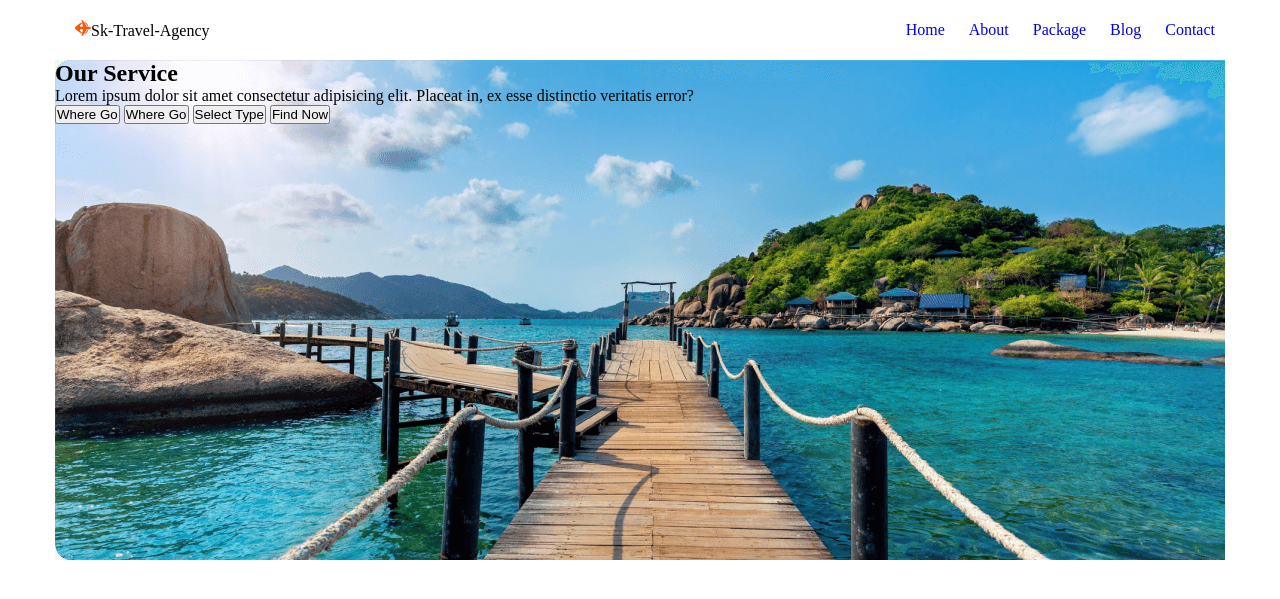
Repository: sumonkumarsarkar/Sk-Travel-Agency-
Page: index.html
An editor plug-in stored every save of this project. The page is shown before and after the next save, followed by the edit.
The browser window is 1280 px wide. The pictures show the whole page.

Above is the page before, as saved 2024-01-16 20:28:41.

### index.html
<!DOCTYPE html>
<html lang="en">
<head>
    <meta charset="UTF-8">
    <meta name="viewport" content="width=device-width, initial-scale=1.0">
    <title>Sk-Travel-Agency</title>
    <link rel="stylesheet" href="./style.css">

    <link rel="stylesheet" href="https://cdnjs.cloudflare.com/ajax/libs/font-awesome/6.5.1/css/all.min.css" integrity="sha512-DTOQO9RWCH3ppGqcWaEA1BIZOC6xxalwEsw9c2QQeAIftl+Vegovlnee1c9QX4TctnWMn13TZye+giMm8e2LwA==" crossorigin="anonymous" referrerpolicy="no-referrer" />
</head>
<body>
    <header>
<nav>
    <div class="icon-header">
        <p> <span><img src="./Images/Group 40071 (2).png" alt=""></span>Sk-Travel-Agency</p>
    </div>
    <div class="menu-header">
        <ul>
            <li><a href="#">Home</a></li>
            <li><a href="#">About</a></li>
            <li><a href="#">Package</a></li>
            <li><a href="#">Blog</a></li>
            <li><a href="#">Contact</a></li>
        </ul>
    </div>
</nav>

<section>
    <div class="banner-section">
       <div class="banner-text">
        <h2>Our Service</h2>
        <p>Lorem ipsum dolor sit amet consectetur adipisicing elit. Placeat in, ex esse distinctio veritatis error?</p>
       </div>
       <div class="banner-button">
        <button type="button">Where Go</button>
        <button type="button">Where Go <span></span></button>
        <button type="button">Select Type <span></span></button>
        <button type="button"> <span></span>Find Now</button>
       </div>
    </div>
</section>
    </header>
    <main>

    </main>
    <footer>

    </footer>
</body>
</html>

### style.css
*{
    margin: 0;
    padding: 0;
}


/* header menu bar start  */

header{
    max-width: 1170px;
    background:#FFF;
    margin: 0 auto;

}
nav{
    display: flex;
    justify-content: space-between;
    align-items: center;
}
.icon-header{
    align-items: center;
    padding:20px;
}
.icon-header img{
    width: 1rem;
    height: 1rem;
}
.menu-header ul{
    list-style: none;

}
.menu-header ul li{
   display: inline-block;
   padding: 10px 10px;

}
.menu-header ul li a{
    text-decoration: none;
}
section{

}
.banner-section{
    background-image: url("./Images/Group 13 (1) (1).png");
     height:500px;
     align-items: center;
}
/* header menu bar end  */

After the next save:
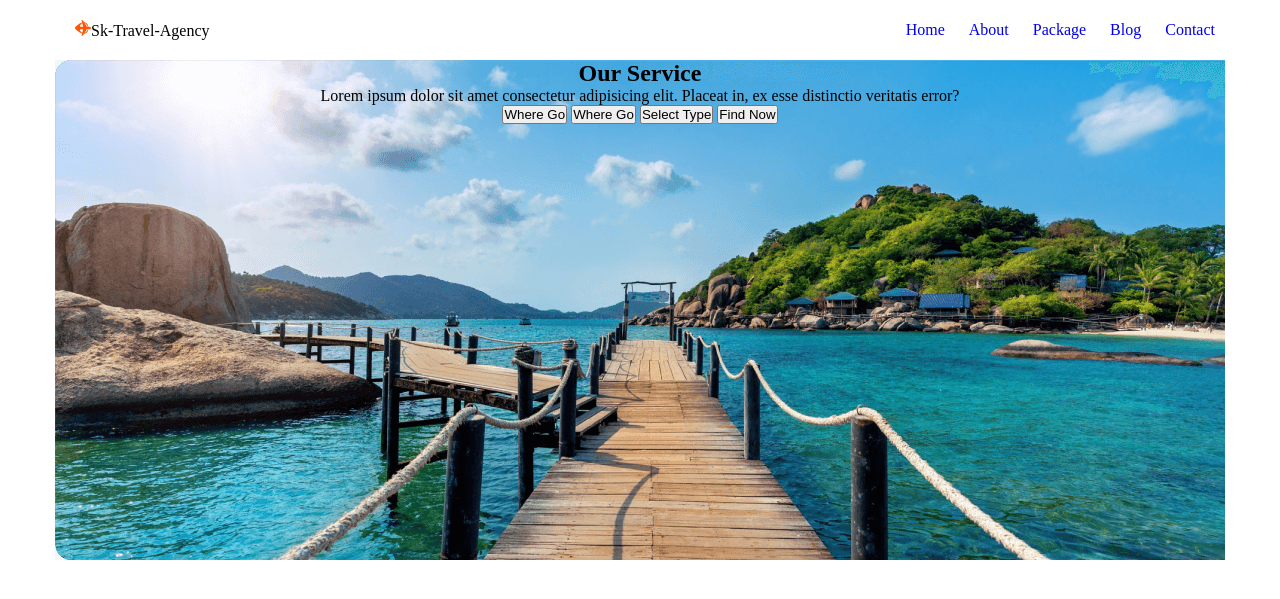
Saved 13 s later.
--- a/style.css
+++ b/style.css
@@ -43,6 +43,6 @@
 .banner-section{
     background-image: url("./Images/Group 13 (1) (1).png");
      height:500px;
-     align-items: center;
+     text-align: center;
 }
 /* header menu bar end  */

After the save that followed:
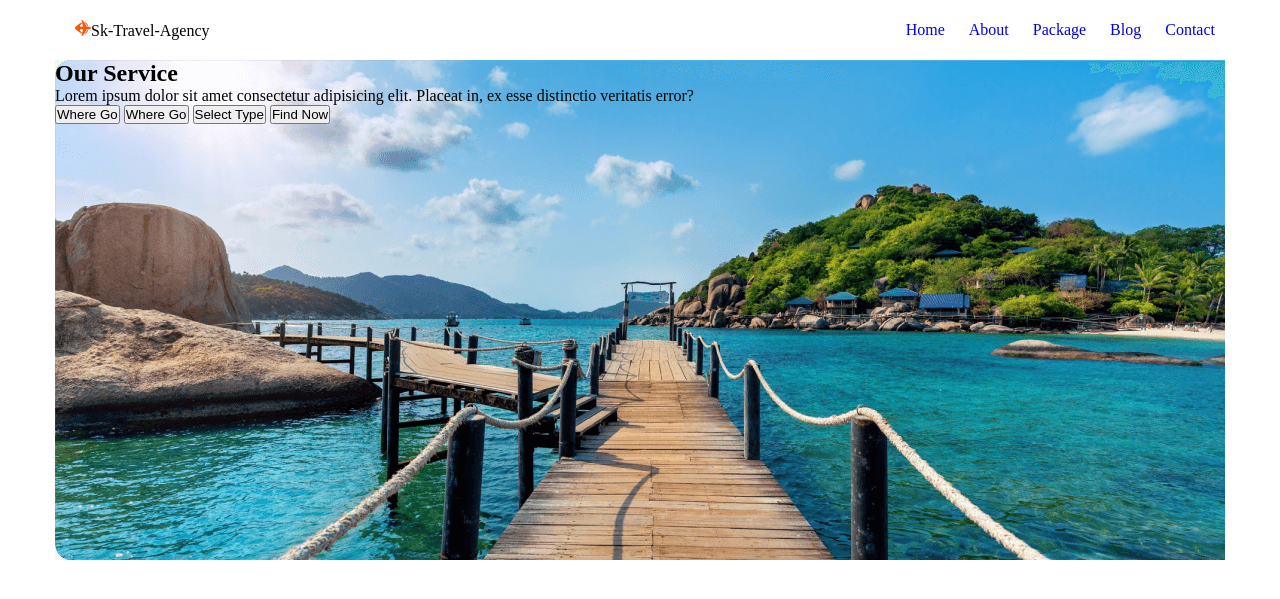
Saved 73 s later.
--- a/style.css
+++ b/style.css
@@ -38,11 +38,12 @@
     text-decoration: none;
 }
 section{
-
+    display: block;
+    align-items: center;
+    justify-content: center;
 }
 .banner-section{
     background-image: url("./Images/Group 13 (1) (1).png");
      height:500px;
-     text-align: center;
 }
 /* header menu bar end  */
